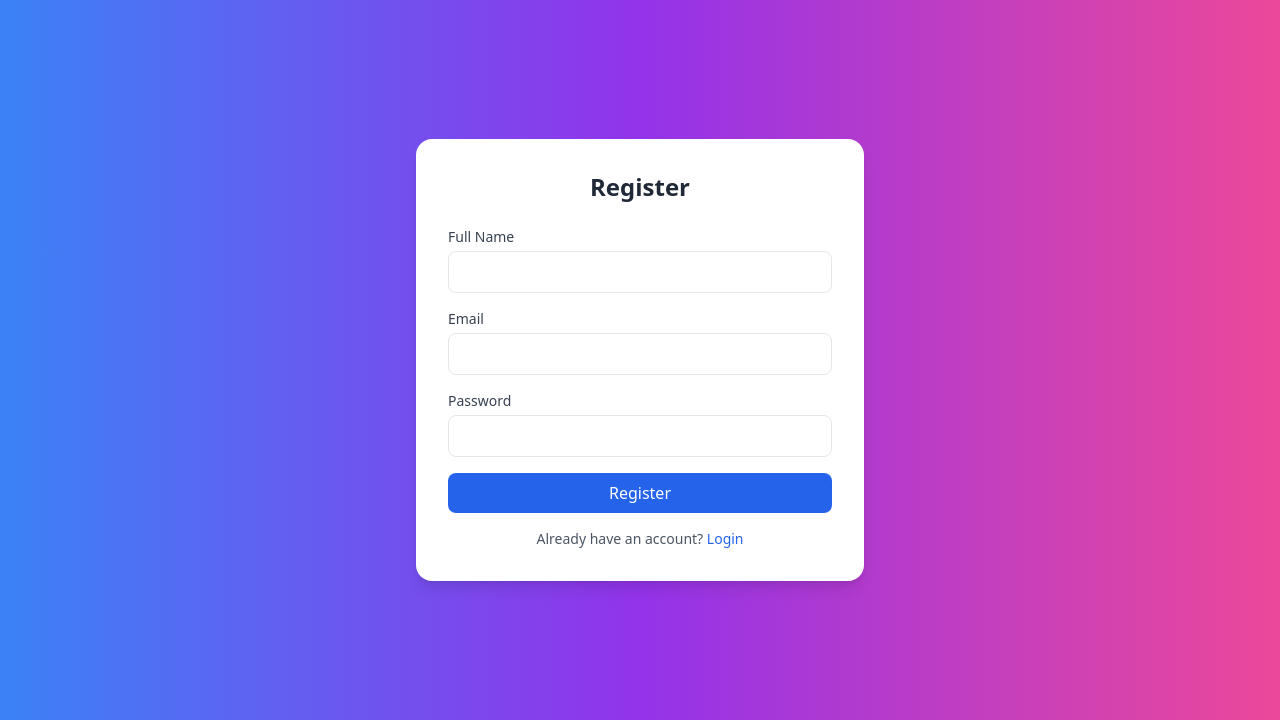
Repository: tauseefthedeveloper/ContactManagementSystem
Page: http://localhost/ContactManagementSystem/register.jsp
The author's editor kept a copy of each file at every save. The page is drawn from the files as they stood at one save, then again after the next save.
The browser window is 1280 px wide. The pictures show the whole page.
Some web libraries are served in a nearby version. The page is served by Tomcat 9. Other server files are loaded and not shown.

Above is the page before, as saved 2025-09-01 10:00:39.

### ContactManagementSystem/src/main/webapp/register.jsp
<!DOCTYPE html>
<html lang="en">
<head>
  <meta charset="UTF-8">
  <title>User Registration</title>
  <!-- Tailwind CSS CDN -->
  <script src="https://cdn.tailwindcss.com"></script>
</head>
<body class="bg-gradient-to-r from-blue-500 via-purple-600 to-pink-500 min-h-screen flex items-center justify-center">

  <!-- Card -->
  <div class="bg-white p-8 rounded-2xl shadow-lg w-full max-w-md">
    <h2 class="text-2xl font-bold text-center text-gray-800 mb-6">Register</h2>

    <form action="RegisterServlet" method="post" class="space-y-4">

      <!-- Name -->
      <div>
        <label for="name" class="block text-sm font-medium text-gray-700">Full Name</label>
        <input type="text" id="name" name="name" required
               class="mt-1 w-full px-4 py-2 border rounded-lg focus:outline-none focus:ring-2 focus:ring-blue-500 focus:border-blue-500">
      </div>

      <!-- Email -->
      <div>
        <label for="email" class="block text-sm font-medium text-gray-700">Email</label>
        <input type="email" id="email" name="email" required
               class="mt-1 w-full px-4 py-2 border rounded-lg focus:outline-none focus:ring-2 focus:ring-blue-500 focus:border-blue-500">
      </div>

      <!-- Password -->
      <div>
        <label for="password" class="block text-sm font-medium text-gray-700">Password</label>
        <input type="password" id="password" name="password" required
               class="mt-1 w-full px-4 py-2 border rounded-lg focus:outline-none focus:ring-2 focus:ring-blue-500 focus:border-blue-500">
      </div>

      <!-- Submit Button -->
      <button type="submit"
              class="w-full bg-blue-600 text-white py-2 px-4 rounded-lg hover:bg-blue-700 transition">
        Register
      </button>
    </form>

    <!-- Redirect to Login -->
    <p class="text-sm text-center text-gray-600 mt-4">
      Already have an account?
      <a href="login.jsp" class="text-blue-600 font-medium hover:underline">Login</a>
    </p>
  </div>

</body>
</html>

### ContactManagementSystem/src/main/webapp/navbar.jsp
<!-- Navbar -->
<nav class="bg-blue-600 text-white shadow-lg">
  <div class="max-w-7xl mx-auto px-4">
    <div class="flex justify-between h-16">

      <!-- Logo / Brand -->
      <div class="flex items-center">
        <a href="dashboard.jsp" class="text-xl font-bold tracking-wide">Contact Mangement System</a>
      </div>

      <!-- Links -->
      <div class="hidden md:flex items-center space-x-6">
        <a href="contactList.jsp" class="hover:text-gray-200">Contact List</a>
        <a href="AddContact.jsp" class="hover:text-gray-200">Add Contact</a>
        <a href="login.jsp" class="bg-red-500 px-3 py-1 rounded-lg hover:bg-red-600">Login</a>
        <a href="register.jsp" class="bg-green-500 px-3 py-1 rounded-lg hover:bg-green-600">Register</a>
      </div>

      <!-- Mobile Menu Button -->
      <div class="md:hidden flex items-center">
        <button id="menu-btn" class="focus:outline-none">
          <svg class="w-6 h-6" fill="none" stroke="currentColor" viewBox="0 0 24 24">
            <path stroke-linecap="round" stroke-linejoin="round" stroke-width="2"
              d="M4 6h16M4 12h16M4 18h16"/>
          </svg>
        </button>
      </div>
    </div>
  </div>

  <!-- Mobile Menu -->
  <div id="menu" class="hidden md:hidden bg-blue-700 px-4">
    <a href="contactList.jsp" class="block py-2 hover:text-gray-300">Contact List</a>
    <a href="AddContact.jsp" class="block py-2 hover:text-gray-300">Add Contact</a>
    <a href="login.jsp" class="block py-2 text-red-300 hover:text-red-400">Login</a>
    <a href="register.jsp" class="block py-2 text-green-300 hover:text-green-400">Register</a>
  </div>
</nav>

<!-- Script for Mobile Menu -->
<script>
  const btn = document.getElementById('menu-btn');
  const menu = document.getElementById('menu');

  btn.addEventListener('click', () => {
    menu.classList.toggle('hidden');
  });
</script>

After the next save:
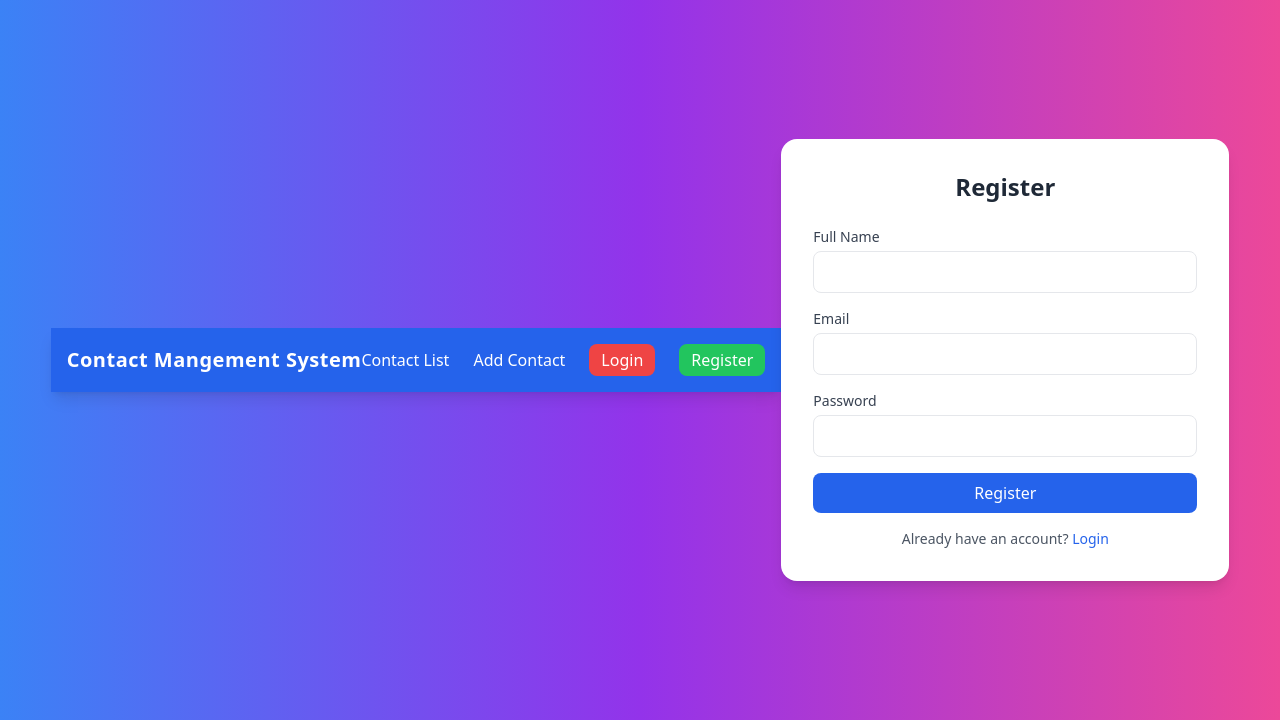
Saved 88 s later.
--- a/ContactManagementSystem/src/main/webapp/register.jsp
+++ b/ContactManagementSystem/src/main/webapp/register.jsp
@@ -8,6 +8,9 @@
 </head>
 <body class="bg-gradient-to-r from-blue-500 via-purple-600 to-pink-500 min-h-screen flex items-center justify-center">
 
+	<div>
+		<%@include file="navbar.jsp" %>
+	</div>
   <!-- Card -->
   <div class="bg-white p-8 rounded-2xl shadow-lg w-full max-w-md">
     <h2 class="text-2xl font-bold text-center text-gray-800 mb-6">Register</h2>
